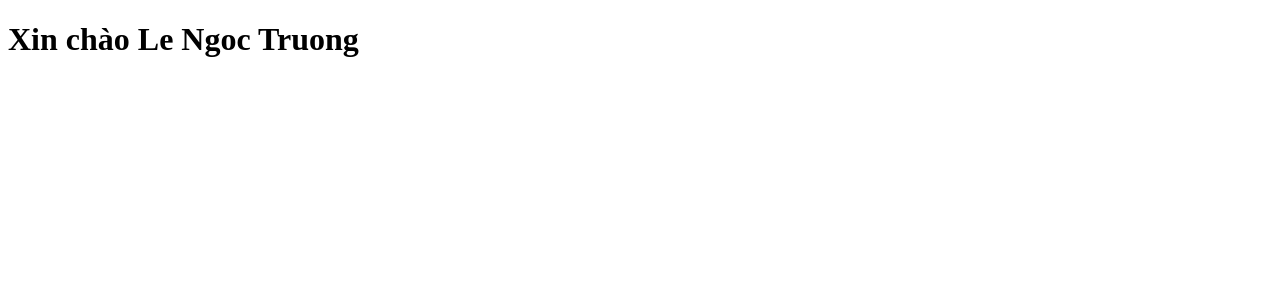
Repository: NgocTruong0701/Web_JSP_Servlet
Page: http://localhost/new-jdbc/trang-chu/
The author's editor kept a copy of each file at every save. The page is drawn from the files as they stood at one save, then again after the next save.
The browser window is 1280 px wide. The pictures show the whole page.
The page is served by Tomcat 9. Other server files are loaded and not shown.

Above is the page before, as saved 2023-03-11 20:01:44.

### new-jdbc/src/main/webapp/views/web/home.jsp
<%@ page language="java" contentType="text/html; charset=UTF-8"
	pageEncoding="UTF-8"%>
<%@ taglib prefix="c" uri="http://java.sun.com/jsp/jstl/core"%>
<!DOCTYPE html>
<html>
<head>
<meta charset="UTF-8">
<title>Trang chủ</title>
</head>
<body>
	<h1>Xin chào ${model.fullName}</h1>
</body>
</html>

### new-jdbc/src/main/java/com/mywebsite/web/HomeController.java
package com.mywebsite.web;

import java.io.IOException;

import javax.servlet.RequestDispatcher;
import javax.servlet.ServletException;
import javax.servlet.annotation.WebServlet;
import javax.servlet.http.HttpServlet;
import javax.servlet.http.HttpServletRequest;
import javax.servlet.http.HttpServletResponse;

import com.mywebsite.model.UserModel;

@WebServlet(urlPatterns = { "/trang-chu/" })
public class HomeController extends HttpServlet {

	private static final long serialVersionUID = -3620127509714147693L;

	protected void doGet(HttpServletRequest request, HttpServletResponse response)
			throws IOException, ServletException {
		UserModel user = new UserModel();
		user.setFullName("Le Ngoc Truong");
		user.setUserName("Truong");
		request.setAttribute("model", user);
		RequestDispatcher rd = request.getRequestDispatcher("/views/web/home.jsp");
		rd.forward(request, response);
	}

	protected void doPost(HttpServletRequest request, HttpServletResponse response)
			throws IOException, ServletException {

	}
}

### new-jdbc/src/main/java/com/mywebsite/model/UserModel.java
package com.mywebsite.model;

public class UserModel {
	private String userName;
	private String fullName;
	public String getUserName() {
		return userName;
	}
	public void setUserName(String userName) {
		this.userName = userName;
	}
	public String getFullName() {
		return fullName;
	}
	public void setFullName(String fullName) {
		this.fullName = fullName;
	}


}

### new-jdbc/src/main/webapp/common/taglib.jsp
<%@ page language="java" contentType="text/html; charset=UTF-8"
    pageEncoding="UTF-8"%>
<%@ taglib prefix="c" uri="http://java.sun.com/jsp/jstl/core"%>

After the next save:
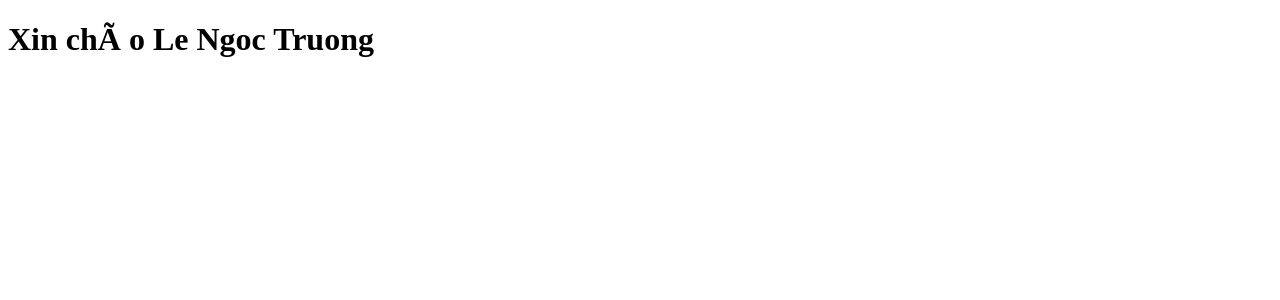
Saved 94 s later.
--- a/new-jdbc/src/main/webapp/views/web/home.jsp
+++ b/new-jdbc/src/main/webapp/views/web/home.jsp
@@ -1,6 +1,4 @@
-<%@ page language="java" contentType="text/html; charset=UTF-8"
-	pageEncoding="UTF-8"%>
-<%@ taglib prefix="c" uri="http://java.sun.com/jsp/jstl/core"%>
+<%@include file="/common/taglib.jsp" %>
 <!DOCTYPE html>
 <html>
 <head>

After the 2 saves that followed:
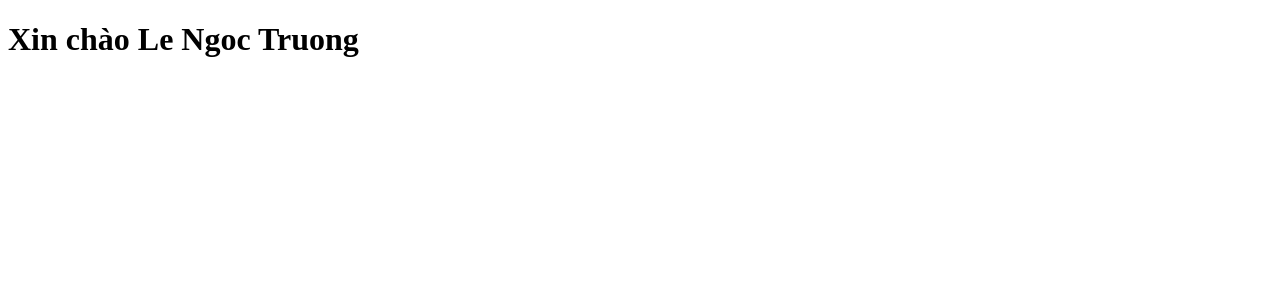
The 2 saves are shown as one change because 1 left the picture as it was.
The last was saved 23 s later.
--- a/new-jdbc/src/main/webapp/views/web/home.jsp
+++ b/new-jdbc/src/main/webapp/views/web/home.jsp
@@ -1,3 +1,5 @@
+<%@ page language="java" contentType="text/html; charset=UTF-8"
+    pageEncoding="UTF-8"%>
 <%@include file="/common/taglib.jsp" %>
 <!DOCTYPE html>
 <html>
--- a/new-jdbc/src/main/webapp/common/taglib.jsp
+++ b/new-jdbc/src/main/webapp/common/taglib.jsp
@@ -1,3 +1 @@
-<%@ page language="java" contentType="text/html; charset=UTF-8"
-    pageEncoding="UTF-8"%>
 <%@ taglib prefix="c" uri="http://java.sun.com/jsp/jstl/core"%>
